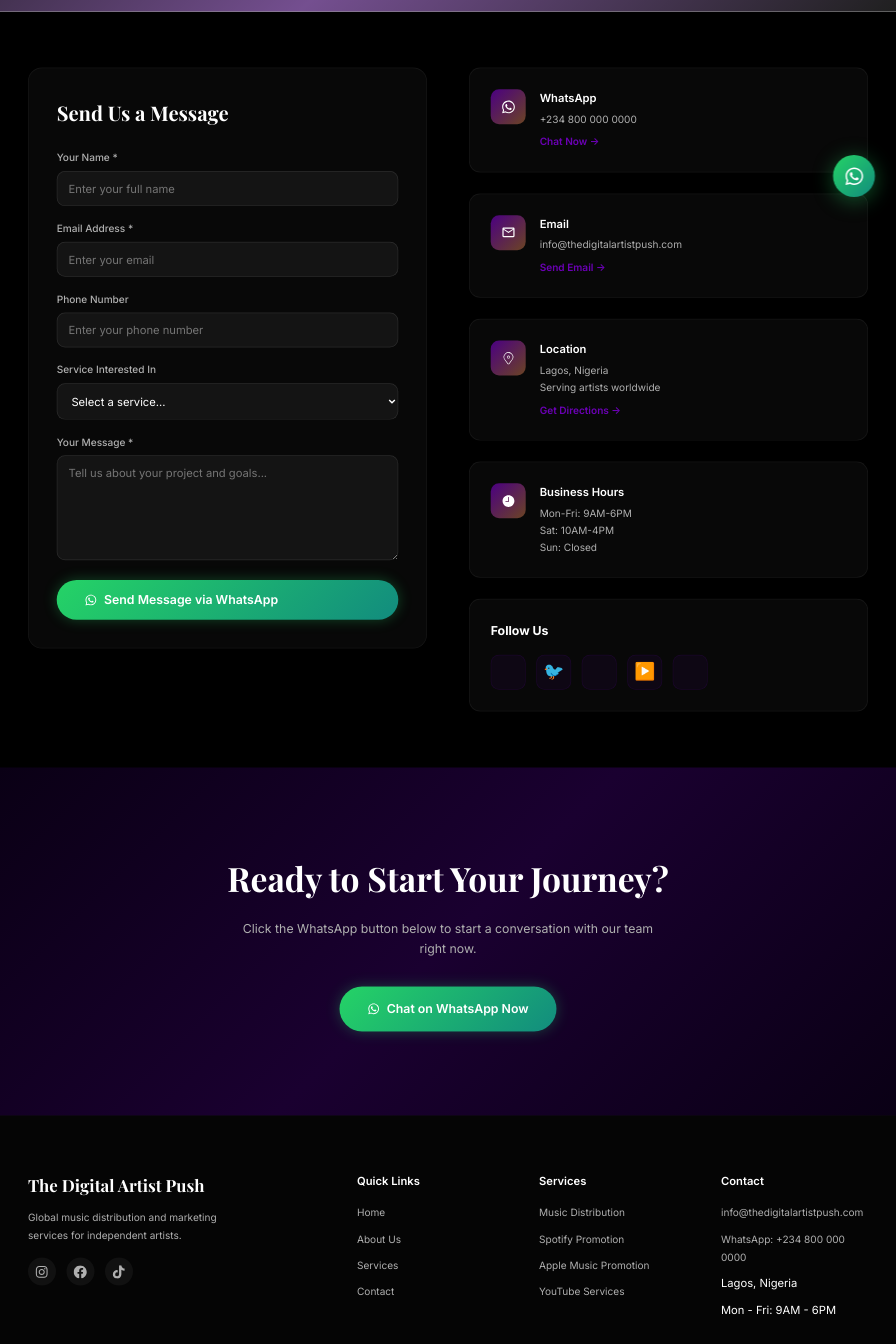
Repository: Ikebobo11/thedigitalartistpush
Page: /contact (app in tdap/)
An editor plug-in stored every save of this project. The page is shown before and after the next save, followed by the edit.
The browser window is 1280 px wide. The pictures show the part of the page from y = 408 to 2328 px (the page is 2437 px tall), at 70% of full size.
Pictures or frames that could not be fetched are drawn as grey boxes. The project was rebuilt for these pictures with package versions that can differ from the ones it lists, and the page was loaded fresh each time. Also part of the build but not shown: tdap/vite.config.js, tdap/src/data/servicesData.js, tdap/src/pages/Home.jsx, tdap/src/pages/About.jsx, tdap/src/pages/Services.jsx.

Above is the page before, as saved 2026-06-10 10:43:59.

### tdap/index.html
<!DOCTYPE html>
<html lang="en">
  <head>
    <meta charset="UTF-8" />
    <meta name="viewport" content="width=device-width, initial-scale=1.0" />
    <meta name="description" content="The Digital Artist Push - Global Music Distribution & Marketing For Independent Artists" />
    <meta name="keywords" content="music distribution, music marketing, artist promotion, digital growth" />
    <title>The Digital Artist Push | Music Distribution & Marketing</title>
    <link rel="preconnect" href="https://fonts.googleapis.com">
    <link rel="preconnect" href="https://fonts.gstatic.com" crossorigin>
    <link href="https://fonts.googleapis.com/css2?family=Inter:wght@300;400;500;600;700;800;900&family=Playfair+Display:wght@400;500;600;700&display=swap" rel="stylesheet">
  </head>
  <body>
    <div id="root"></div>
    <script type="module" src="/src/main.jsx"></script>
  </body>
</html>

### tdap/src/main.jsx
import React from 'react'
import ReactDOM from 'react-dom/client'
import { BrowserRouter } from 'react-router-dom'
import App from './App'
import './index.css'

ReactDOM.createRoot(document.getElementById('root')).render(
  <React.StrictMode>
    <BrowserRouter>
      <App />
    </BrowserRouter>
  </React.StrictMode>,
)

### tdap/src/App.jsx
import React, { useEffect } from 'react'
import { Routes, Route, useLocation } from 'react-router-dom'
import { AnimatePresence } from 'framer-motion'
import Navbar from './components/Navbar'
import Footer from './components/Footer'
import WhatsAppFloat from './components/WhatsAppFloat'
import Home from './pages/Home'
import About from './pages/About'
import Services from './pages/Services'
import Contact from './pages/Contact'

function ScrollToTop() {
  const { pathname } = useLocation()
  useEffect(() => {
    window.scrollTo(0, 0)
  }, [pathname])
  return null
}

function App() {
  const location = useLocation()

  return (
    <>
      <ScrollToTop />
      <Navbar />
      <AnimatePresence mode="wait">
        <Routes location={location} key={location.pathname}>
          <Route path="/" element={<Home />} />
          <Route path="/about" element={<About />} />
          <Route path="/services" element={<Services />} />
          <Route path="/contact" element={<Contact />} />
        </Routes>
      </AnimatePresence>
      <Footer />
      <WhatsAppFloat />
    </>
  )
}

export default App

### tdap/src/components/Navbar.jsx
import React, { useState, useEffect } from 'react';
import { Link, useLocation } from 'react-router-dom';
import { FaWhatsapp } from "react-icons/fa6";

function Navbar() {
  const [scrolled, setScrolled] = useState(false)
  const [menuOpen, setMenuOpen] = useState(false)
  const location = useLocation()

  useEffect(() => {
    const handleScroll = () => setScrolled(window.scrollY > 50)
    window.addEventListener('scroll', handleScroll)
    return () => window.removeEventListener('scroll', handleScroll)
  }, [])

  useEffect(() => { setMenuOpen(false) }, [location])

  return (
    <nav className={`navbar ${scrolled ? 'scrolled' : ''}`}>
      <div className="navbar-container">
        <Link to="/" className="navbar-logo">
          <div className="navbar-logo-icon">🎵</div>
          <span>The Digital Artist Push</span>
        </Link>
        <div className={`hamburger ${menuOpen ? 'active' : ''}`} onClick={() => setMenuOpen(!menuOpen)}>
          <span></span><span></span><span></span>
        </div>
        <div className={`navbar-links ${menuOpen ? 'open' : ''}`}>
          <Link to="/">Home</Link>
          <Link to="/about">About</Link>
          <Link to="/services">Services</Link>
          <Link to="/contact">Contact</Link>
          <a href="https://wa.me/2348000000000" target="_blank" rel="noopener noreferrer" className="navbar-whatsapp"><FaWhatsapp /> WhatsApp</a>
        </div>
      </div>
    </nav>
  )
}
export default Navbar

### tdap/src/components/Footer.jsx
import React from 'react'
import { Link } from 'react-router-dom';
import { FaFacebook } from "react-icons/fa";
import { FaInstagram } from "react-icons/fa";
import { FaTiktok } from "react-icons/fa";

function Footer() {
  return (
    <footer className="footer">
      <div className="footer-grid">
        <div className="footer-brand">
          <h3>The Digital Artist Push</h3>
          <p>Global music distribution and marketing services for independent artists.</p>
          <div className="footer-social">
            <a href="#" aria-label="Instagram"><FaInstagram /></a>
            {/* <a href="#" aria-label="Twitter">🐦</a> */}
            <a href="#" aria-label="Facebook"><FaFacebook /></a>
            {/* <a href="#" aria-label="YouTube">▶️</a> */}
            <a href="#" aria-label="TikTok"><FaTiktok /></a>
          </div>
        </div>
        <div>
          <h4>Quick Links</h4>
          <ul className="footer-links">
            <li><Link to="/">Home</Link></li>
            <li><Link to="/about">About Us</Link></li>
            <li><Link to="/services">Services</Link></li>
            <li><Link to="/contact">Contact</Link></li>
          </ul>
        </div>
        <div>
          <h4>Services</h4>
          <ul className="footer-links">
            <li><Link to="/services">Music Distribution</Link></li>
            <li><Link to="/services">Spotify Promotion</Link></li>
            <li><Link to="/services">Apple Music Promotion</Link></li>
            <li><Link to="/services">YouTube Services</Link></li>
          </ul>
        </div>
        <div>
          <h4>Contact</h4>
          <ul className="footer-links">
            <li><a href="mailto:info@thedigitalartistpush.com">info@thedigitalartistpush.com</a></li>
            <li><a href="https://wa.me/2348000000000">WhatsApp: +234 800 000 0000</a></li>
            <li>Lagos, Nigeria</li>
            <li>Mon - Fri: 9AM - 6PM</li>
          </ul>
        </div>
      </div>
      <div className="footer-bottom">
        <p>&copy; {new Date().getFullYear()} The Digital Artist Push. All rights reserved.</p>
        <div className="footer-bottom-links">
          <a href="#">Privacy Policy</a>
          <a href="#">Terms & Conditions</a>
        </div>
      </div>
    </footer>
  )
}
export default Footer

### tdap/src/components/WhatsAppFloat.jsx
import React from 'react';
import { FaWhatsapp } from "react-icons/fa6";

function WhatsAppFloat() {
  return (
    <a href="https://wa.me/2348000000000?text=Hello%20The%20Digital%20Artist%20Push!%20I%20want%20to%20grow%20my%20music%20career." target="_blank" rel="noopener noreferrer" className="floating-whatsapp" aria-label="Chat on WhatsApp"><FaWhatsapp /></a>
  )
}
export default WhatsAppFloat

### tdap/src/pages/Contact.jsx
import React, { useState } from 'react';
import { motion } from 'framer-motion';
import { FaWhatsapp } from "react-icons/fa6";
import { MdOutlineMail } from "react-icons/md";
import { CiLocationOn } from "react-icons/ci";
import { IoIosTime } from "react-icons/io";
import { FaFacebook } from "react-icons/fa";
import { FaInstagram } from "react-icons/fa";
import { FaTiktok } from "react-icons/fa";

function AnimatedSection({ children, className }) {
  return <motion.div initial={{ opacity:0, y:60 }} whileInView={{ opacity:1, y:0 }} viewport={{ once:true, margin:"-100px" }} transition={{ duration:0.6 }} className={className}>{children}</motion.div>
}

function Contact() {
  const [form, setForm] = useState({ name:'', email:'', phone:'', service:'', message:'' })
  const handleChange = e => setForm({ ...form, [e.target.name]: e.target.value })
  const handleSubmit = e => {
    e.preventDefault()
    window.open(`https://wa.me/2348000000000?text=${encodeURIComponent(`Hello The Digital Artist Push! My name is ${form.name}. I'm interested in ${form.service||'your services'}. Message: ${form.message}`)}`, '_blank')
  }

  const contactInfo = [
    { icon: FaWhatsapp , title:'WhatsApp', details:'+234 800 000 0000', action:'https://wa.me/2348000000000', actionText:'Chat Now' },
    { icon: MdOutlineMail, title:'Email', details:'info@thedigitalartistpush.com', action:'mailto:info@thedigitalartistpush.com', actionText:'Send Email' },
    { icon: CiLocationOn, title:'Location', details:'Lagos, Nigeria\nServing artists worldwide', action:'#', actionText:'Get Directions' },
    { icon: IoIosTime, title:'Business Hours', details:'Mon-Fri: 9AM-6PM\nSat: 10AM-4PM\nSun: Closed', action:'#', actionText:null },
  ]
  const socialLinks = [
    { icon: FaInstagram, name:'Instagram', url:'#' }, { icon:'🐦', name:'X (Twitter)', url:'#' },
    { icon: FaFacebook, name:'Facebook', url:'#' }, { icon:'▶️', name:'YouTube', url:'#' },
    { icon: FaTiktok, name:'TikTok', url:'#' },
  ]

  return (
    <main>
      <section className="contact-hero">
        <img src="https://images.unsplash.com/photo-1423666639041-f56000c27a9a?w=1800&q=80" alt="" className="hero-bg" loading="eager" />
        <div className="hero-overlay"></div>
        <motion.div initial={{ opacity:0, y:40 }} animate={{ opacity:1, y:0 }} transition={{ duration:0.8 }} className="hero-content">
          <p className="section-label">Contact Us</p>
          <h1 className="hero-title">Get In Touch</h1>
          <p className="hero-subtitle">Ready to take your music career to the next level? Reach out to us and let's make it happen.</p>
        </motion.div>
      </section>

      <section className="contact-section">
        <div className="contact-grid">
          <AnimatedSection><div className="contact-form">
            <h3>Send Us a Message</h3>
            <form onSubmit={handleSubmit}>
              <div className="form-group"><label>Your Name *</label><input type="text" name="name" value={form.name} onChange={handleChange} required placeholder="Enter your full name" /></div>
              <div className="form-group"><label>Email Address *</label><input type="email" name="email" value={form.email} onChange={handleChange} required placeholder="Enter your email" /></div>
              <div className="form-group"><label>Phone Number</label><input type="tel" name="phone" value={form.phone} onChange={handleChange} placeholder="Enter your phone number" /></div>
              <div className="form-group"><label>Service Interested In</label>
                <select name="service" value={form.service} onChange={handleChange}>
                  <option value="">Select a service...</option>
                  <option value="Music Distribution">Music Distribution</option>
                  <option value="Spotify Promotion">Spotify Promotion</option>
                  <option value="Apple Music Promotion">Apple Music Promotion</option>
                  <option value="Audiomack Promotion">Audiomack Promotion</option>
                  <option value="Boomplay Promotion">Boomplay Promotion</option>
                  <option value="YouTube Services">YouTube Services</option>
                  <option value="TikTok Promotion">TikTok Promotion</option>
                  <option value="Instagram Promotion">Instagram Promotion</option>
                  <option value="Media PR">Media PR & Publicity</option>
                  <option value="Blog Promotion">Blog Promotion</option>
                  <option value="Google Services">Google Services</option>
                  <option value="Creative Design">Creative Design</option>
                  <option value="Other">Other</option>
                </select>
              </div>
              <div className="form-group"><label>Your Message *</label><textarea name="message" value={form.message} onChange={handleChange} required placeholder="Tell us about your project and goals..."></textarea></div>
              <button type="submit" className="btn btn-whatsapp btn-large" style={{ width:'100%' }}><FaWhatsapp /> Send Message via WhatsApp</button>
            </form>
          </div></AnimatedSection>

          <div style={{ display:'flex', flexDirection:'column', gap:'30px' }}>
            {contactInfo.map((info,i) => (
              <AnimatedSection key={i}><div className="contact-info-card">
                <div className="contact-info-icon">{<info.icon></info.icon>}</div>
                <div>
                  <h4>{info.title}</h4>
                  <p style={{ whiteSpace:'pre-line' }}>{info.details}</p>
                  {info.actionText && <a href={info.action} target="_blank" rel="noopener noreferrer" style={{ color:'var(--primary-accent-light)', fontWeight:600, fontSize:'0.9rem', display:'inline-block', marginTop:'8px' }}>{info.actionText} →</a>}
                </div>
              </div></AnimatedSection>
            ))}
            <AnimatedSection><div style={{ background:'rgba(255,255,255,0.03)', border:'1px solid rgba(255,255,255,0.06)', borderRadius:'16px', padding:'30px' }}>
              <h4 style={{ marginBottom:'20px', fontSize:'1.1rem' }}>Follow Us</h4>
              <div style={{ display:'flex', gap:'15px', flexWrap:'wrap' }}>
                {socialLinks.map((s,i) => (
                  <a key={i} href={s.url} target="_blank" rel="noopener noreferrer" style={{ width:'50px', height:'50px', background:'rgba(75,0,130,0.1)', borderRadius:'12px', display:'flex', alignItems:'center', justifyContent:'center', fontSize:'1.5rem', transition:'all 0.3s ease', border:'1px solid rgba(75,0,130,0.2)' }}
                    onMouseEnter={e => { e.target.style.background='var(--primary-accent)'; e.target.style.transform='translateY(-3px)' }}
                    onMouseLeave={e => { e.target.style.background='rgba(75,0,130,0.1)'; e.target.style.transform='translateY(0)' }}
                    title={s.name}>{s.icon}</a>
                ))}
              </div>
            </div></AnimatedSection>
          </div>
        </div>
      </section>

      <section className="cta-section">
        <motion.div initial={{ opacity:0, y:40 }} whileInView={{ opacity:1, y:0 }} viewport={{ once:true }}>
          <h2 className="cta-title">Ready to Start Your Journey?</h2>
          <p className="cta-subtitle">Click the WhatsApp button below to start a conversation with our team right now.</p>
          <a href="https://wa.me/2348000000000?text=I'm%20ready%20to%20start%20my%20music%20career%20journey." target="_blank" rel="noopener noreferrer" className="btn btn-whatsapp btn-large"><FaWhatsapp /> Chat on WhatsApp Now</a>
        </motion.div>
      </section>
    </main>
  )
}
export default Contact

Loaded but not shown: tdap/src/index.css (260 lines, source omitted)

After the next save:
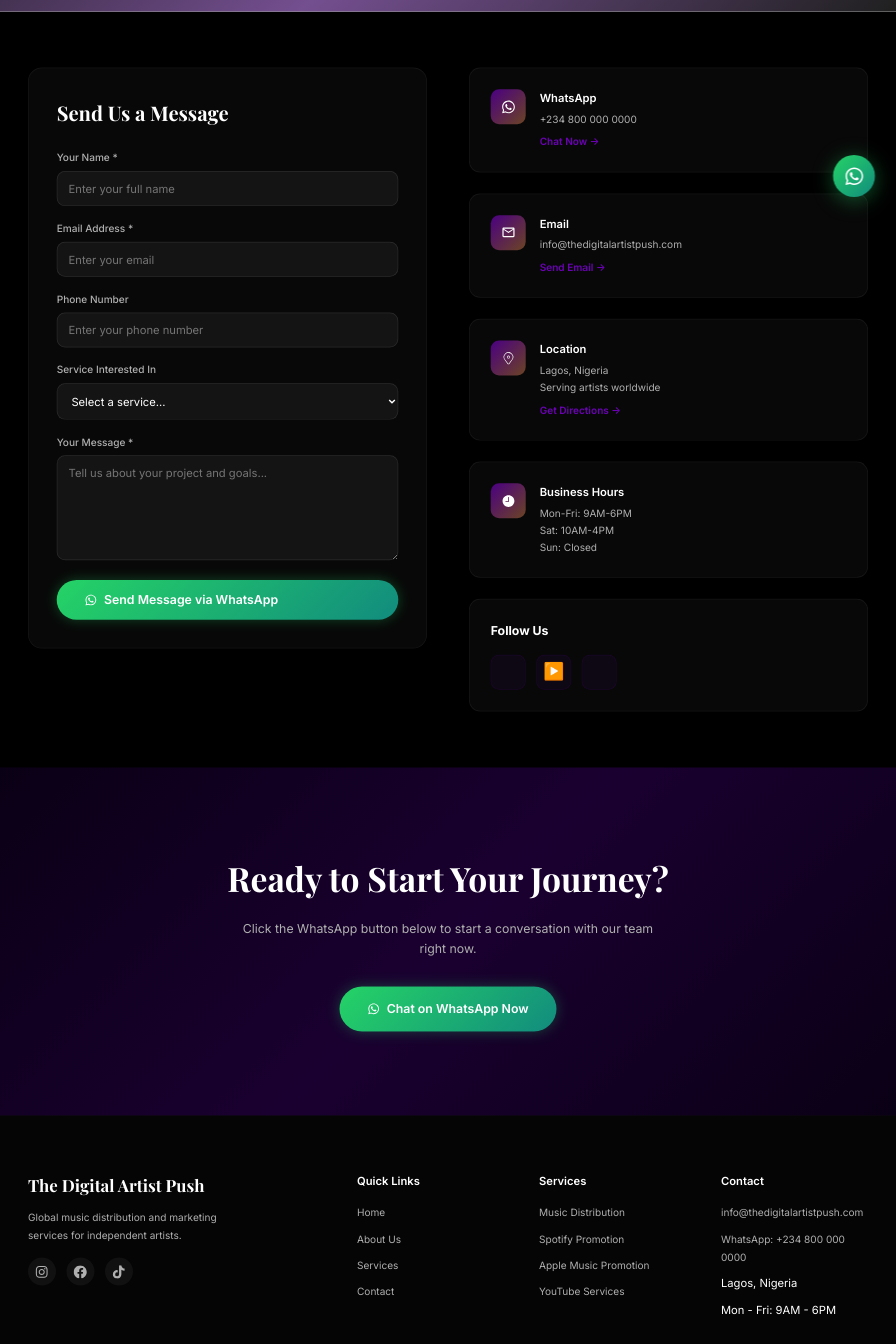
Saved 17 s later.
--- a/tdap/src/pages/Contact.jsx
+++ b/tdap/src/pages/Contact.jsx
@@ -27,7 +27,7 @@ function Contact() {
     { icon: IoIosTime, title:'Business Hours', details:'Mon-Fri: 9AM-6PM\nSat: 10AM-4PM\nSun: Closed', action:'#', actionText:null },
   ]
   const socialLinks = [
-    { icon: FaInstagram, name:'Instagram', url:'#' }, { icon:'🐦', name:'X (Twitter)', url:'#' },
+    // { icon: FaInstagram, name:'Instagram', url:'#' }, { icon:'🐦', name:'X (Twitter)', url:'#' },
     { icon: FaFacebook, name:'Facebook', url:'#' }, { icon:'▶️', name:'YouTube', url:'#' },
     { icon: FaTiktok, name:'TikTok', url:'#' },
   ]
